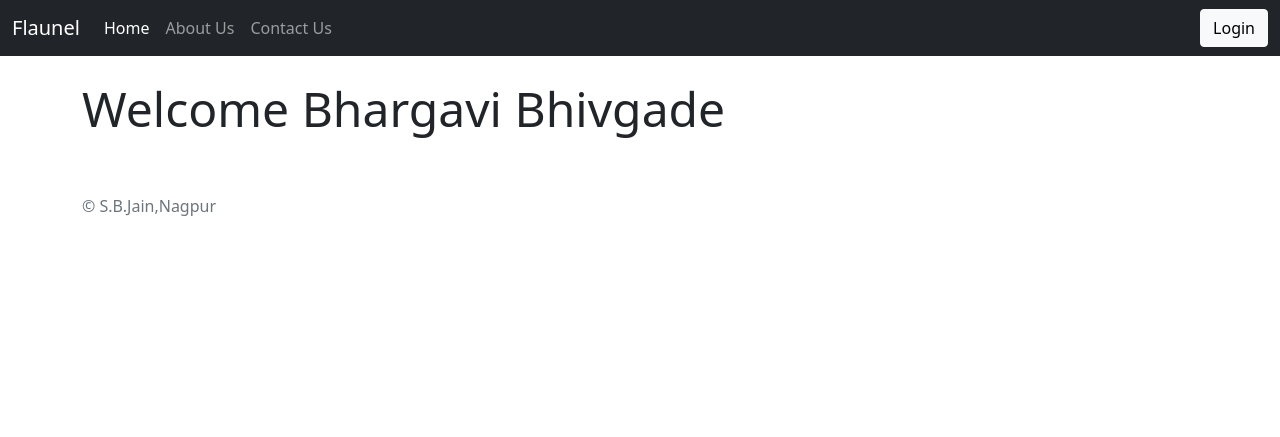
Repository: bhivgadePrajakta/Flaunel--A-LED-Display-Board
Page: http://localhost/home.php
The author's editor kept a copy of each file at every save. The page is drawn from the files as they stood at one save, then again after the next save.
The browser window is 1280 px wide. The pictures show the whole page.
The page is run by PHP 8.4 with error messages shown; the project is at /var/www/html/.

Above is the page before, as saved 2022-04-30 12:36:48.

After the next save:
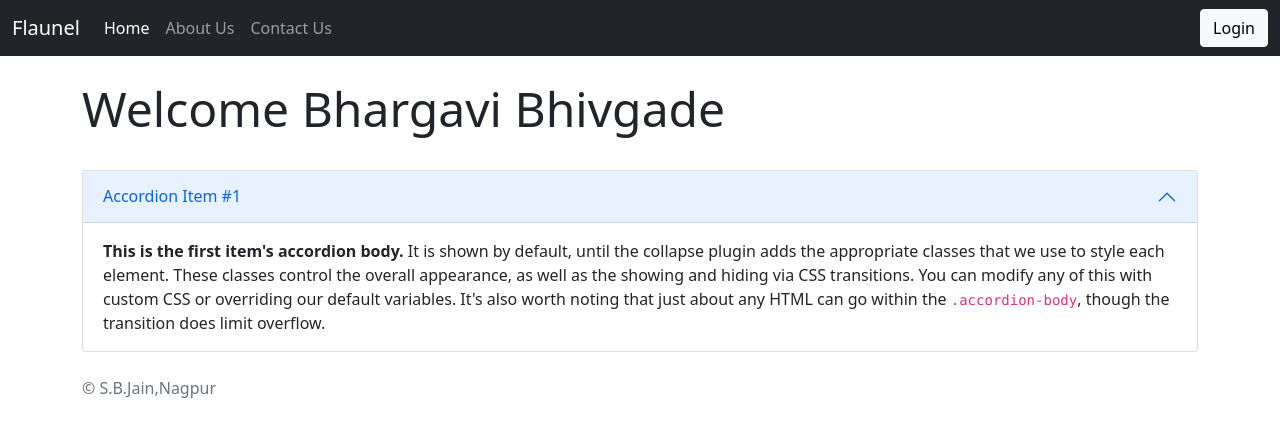
Saved 47 s later.
--- a/home.php
+++ b/home.php
@@ -43,7 +43,20 @@
     <h5 class="display-5">Welcome Bhargavi Bhivgade</h5>
     <br>
     <div class="accordion" id="accordionExample">
-
+    <!-- ACCORDIAN ITEM START -->
+    <div class="accordion-item">
+    <h2 class="accordion-header" id="headingOne">
+      <button class="accordion-button" type="button" data-bs-toggle="collapse" data-bs-target="#collapseOne" aria-expanded="true" aria-controls="collapseOne">
+        Accordion Item #1
+      </button>
+    </h2>
+    <div id="collapseOne" class="accordion-collapse collapse show" aria-labelledby="headingOne" data-bs-parent="#accordionExample">
+      <div class="accordion-body">
+        <strong>This is the first item's accordion body.</strong> It is shown by default, until the collapse plugin adds the appropriate classes that we use to style each element. These classes control the overall appearance, as well as the showing and hiding via CSS transitions. You can modify any of this with custom CSS or overriding our default variables. It's also worth noting that just about any HTML can go within the <code>.accordion-body</code>, though the transition does limit overflow.
+      </div>
+    </div>
+  </div>
+    <!-- ACCORDIAN ITEM END -->
 </div>
 </div>
 
